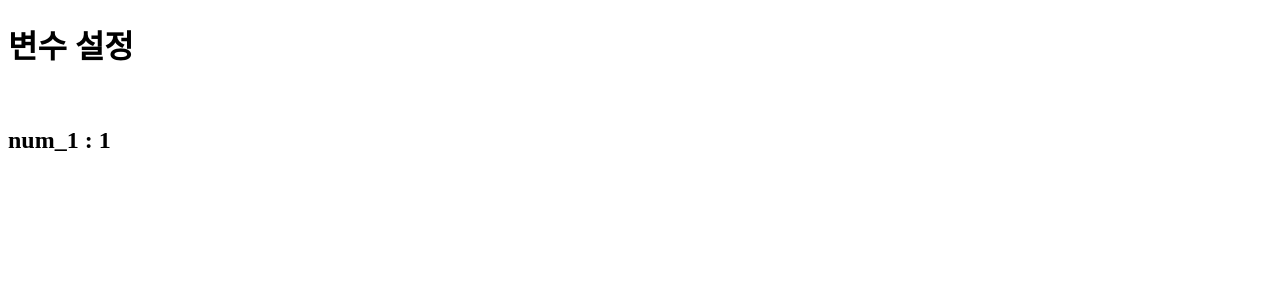
Repository: Jh1227/JSP
Page: http://localhost/13_JSTL/ex01_set_out.jsp
These files come from the project's save history. The page is drawn as it stood at one moment and after a run of saves; the edit follows.
The browser window is 1280 px wide. The pictures show the whole page.
The page is served by Tomcat 9.

Above is the page before, as saved 2023-04-10 04:09:33.

After the next 4 saves:
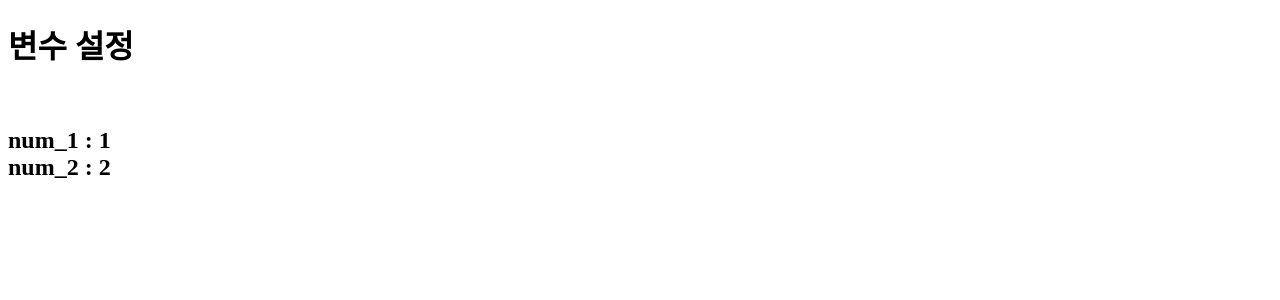
The 4 saves are shown as one change because 2 did not build or start and some came seconds apart.
The last was saved 2 min 32 s later.
--- a/13_JSTL/src/main/webapp/ex01_set_out.jsp
+++ b/13_JSTL/src/main/webapp/ex01_set_out.jsp
@@ -22,7 +22,11 @@
 	<h2>
 		<c:set var ="num_1" value ="1"/>
 		num_1 : ${num_1 }
-		<br><br>
+		<br>
+
+		<c:set var ="num_2"> 2 </c:set>
+		num_2 : ${num_2 }
+		<br>
 	</h2>
 </body>
 </html>
